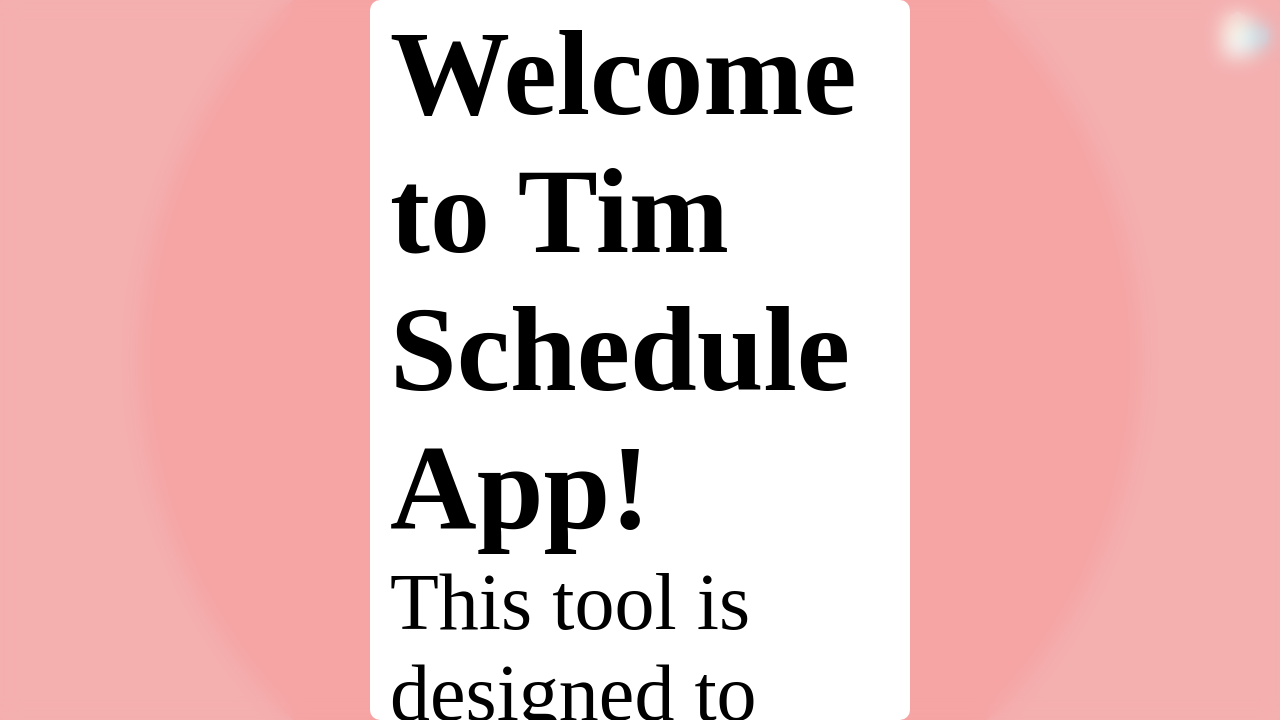
Repository: Sukhvir-Grewal/tim-schadule-app
Page: node_version/public/index.html
The author's editor kept a copy of each file at every save. The page is drawn from the files as they stood at one save, then again after the next save.
The browser window is 1280 px wide. The pictures show the whole page.

Above is the page before, as saved 2024-08-15 01:06:02.

### node_version/public/index.html
<!DOCTYPE html>
<html>

<head>
    <title>Tim Schedule App</title>
    <meta charset="utf-8" />
</head>
<link rel="stylesheet" href="style.css?v=1.0.0" />
<link rel="icon" href="/favicon.png" type="image/png">

<body>
    <div class="main-container">
        <div class="backDrop">
            <div class="aboutBox">
                <h2 style="display: grid; place-content:center">Welcome to Tim Schedule App!</h2>
                <p>This tool is designed to simplify scheduling for only employees at <b>Tim Hortons locations</b> by integrating with Google Calendar and Gmail. With just one click, you can fetch and manage your calendar events directly from your schedule emails. To learn more about how the app works, visit our <a href="/about">About</a> page. After reviewing the details, simply authorize with the button below to start using the app.</p>
            </div>
        </div>
        <a href="./privacy-policy.html">
            <img src="./privay.png" class="privacy" alt="">
        </a>
        <img src="./timlogo.svg" class="logo" alt="">
        <div class="circle-1">
            <div class="circle-2">
                <div class="circle-3">
                    <div class="circle-4">
                        <button id="authorize_button" onclick="handleAuthClick()">
                            Authorize
                        </button>
                        <div class="after_authorize">
                            Done
                            <svg class="tick" xmlns="http://www.w3.org/2000/svg" viewBox="0 0 24 24" width="24"
                                height="24">
                                <path fill="none" d="M0 0h24v24H0z" />
                                <path fill="currentColor" d="M9 16.2l-3.5-3.5 1.41-1.41L9 13.38l7.09-7.09L17.5 7.5z" />
                            </svg>
                        </div>
                    </div>
                </div>
            </div>
        </div>
    </div>

    <script src="./script.js"></script>
    <script async defer src="https://apis.google.com/js/api.js" onload="gapiLoaded()"></script>
    <script async defer src="https://accounts.google.com/gsi/client" onload="gisLoaded()"></script>
</body>

</html>

### node_version/public/style.css
* {
    padding: 0;
    margin: 0;
    overflow-x: hidden;
    overflow-y: hidden;
}

.main-container {
    height: 100dvh;
    width: 100dvw;
    display: flex;
    justify-content: center;
    align-items: center;
    position: relative;
}

.backDrop {
    z-index: 11;
    height: 100vh;
    width: 100vw;
    display: grid;
    place-content: center;
    backdrop-filter: blur(10px);
    -webkit-backdrop-filter: blur(10px);
    background-color: rgba(255, 255, 255, 0.5);
}


.aboutBox{
    background-color: white;
    border-radius: 10px;
    min-height: 600px;
    width: 90vw;
    padding: 5px 20px;
    animation: fadeIn 4s ease;
    font-size: 80px;
}

.logo {
    position: absolute;
    top: 0;
    height: 450px;
    display: none;
    pointer-events: none;
    z-index: 10;
}

.privacy {
    width: 50px;
    height: 50px;
    position: absolute;
    top: 10px;
    right: 10px;
    cursor: pointer;
    z-index: 10;
    display: none;
}

.tick {
    color: green;
    width: 80px;
    height: 80px;
}

.slideUp {
    display: block;
    animation: slideUp 1s forwards;
}

.fadeIn {
    display: block;
    animation: fadeIn 2s ease;
}

.circle-1,
.circle-2,
.circle-3,
.circle-4 {
    border-radius: 50%;
    display: flex;
    justify-content: center;
    align-items: center;
    position: absolute;
}

.circle-1 {
    background-color: rgb(228, 129, 129);
    animation: expandCircle1 1s ease forwards;
    animation-delay: 0s;
}

.circle-2 {
    background-color: rgb(233, 94, 94);
    animation: expandCircle2 1s ease forwards;
    animation-delay: 0.3s;
}

.circle-3 {
    background-color: rgb(236, 72, 72);
    animation: expandCircle3 1s ease forwards;
    animation-delay: 0.8s;
}

.circle-4 {
    background-color: rgb(233, 58, 58);
    animation: expandCircle4 1s ease forwards;
    animation-delay: 1.2s;
    font-size: 5rem;
    border: 1px solid white;
}

#authorize_button {
    display: none;
    background-color: transparent;
    border: none;
    font-size: xx-large;
    color: white;
    font-weight: bolder;
    cursor: pointer;
}

#authorize_button.show {
    display: block;
}

.after_authorize {
    display: none;
    justify-content: center;
    align-items: center;
    font-size: 4rem;
    font-weight: bolder;
    color: white;
}


@keyframes expandCircle1 {
    0% {
        width: 0;
        height: 0;
    }

    100% {
        width: 2000px;
        height: 2000px;
    }
}

@keyframes expandCircle2 {
    0% {
        width: 0;
        height: 0;
    }

    100% {
        width: 1500px;
        height: 1500px;
    }
}

@keyframes expandCircle3 {
    0% {
        width: 0;
        height: 0;
    }

    100% {
        width: 1000px;
        height: 1000px;
    }
}

@keyframes expandCircle4 {
    0% {
        width: 0;
        height: 0;
    }

    100% {
        width: 500px;
        height: 500px;
    }
}

@keyframes slideUp {
    0% {
        opacity: 0;
        transform: translateY(50px);
    }

    100% {
        opacity: 1;
        transform: translateY(0);
    }
}

@keyframes fadeIn {
    0% {
        opacity: 0;
    }

    100% {
        opacity: 1;
    }
}

/* Just for the laptop stuff*/
@media (min-width: 1000px) {
    .logo {
        top: 100px;
        height: 250px;
    }
    .aboutBox{
        min-height: 200px;
    width: 500px;
    }
}

### node_version/public/script.js
let CLIENT_ID
let API_KEY

const DISCOVERY_DOCS = [
    "https://www.googleapis.com/discovery/v1/apis/calendar/v3/rest",
    "https://www.googleapis.com/discovery/v1/apis/gmail/v1/rest",
];

const SCOPES = [
    "https://www.googleapis.com/auth/calendar.events",
    "https://www.googleapis.com/auth/gmail.readonly",
];

let tokenClient;
let gapiInited = false;
let gisInited = false;
let startDate = "";
let endDate = "";

document.getElementById("authorize_button").style.visibility = "hidden";


/*
 * This code Servers the purpose of getting both Env variables
 * including initializing the client Token
*/
async function fetchEnvVariables() {
    try {
        const response = await fetch('/env');
        const env = await response.json();
        CLIENT_ID = env.clientId;
        API_KEY = env.apiKey;

        tokenClient = google.accounts.oauth2.initTokenClient({
            client_id: CLIENT_ID,
            scope: SCOPES.join(" "),
            callback: "", // defined later
        });

        // Check for stored token
        const storedToken = localStorage.getItem("gapi_token")
        if (storedToken) {
            gapi.client.setToken(JSON.stringify(storedToken))
        }

        gisInited = true;
        maybeEnableButtons();
    } catch (error) {
        console.error("Error fetching environment variables:", error);
    }
}

/*
 * Next 4 functions will from Official Quickstart
 *     > https://developers.google.com/calendar/api/quickstart/js
 *     > https://developers.google.com/gmail/api/quickstart/js
 * NOTE: Code had been altered accordingly like use of localStorage for ease in login,
 * including document manipulation
*/
function gapiLoaded() {
    gapi.load("client", initializeGapiClient);
}

async function initializeGapiClient() {
    await gapi.client.init({
        apiKey: API_KEY,
        discoveryDocs: DISCOVERY_DOCS,
    });
    gapiInited = true;
    maybeEnableButtons();
}

function gisLoaded() {
    fetchEnvVariables()
}

function maybeEnableButtons() {
    if (gapiInited && gisInited) {
        document.getElementById("authorize_button").style.visibility = "visible";
    }
}

function handleAuthClick() {
    tokenClient.callback = async (resp) => {
        if (resp.error !== undefined) {
            console.error("Error during authorization:", resp);
            return;
        }

        // save the token to locakstorage
        const token = gapi.client.getToken()
        if (token) {
            localStorage.setItem("gapi_token", JSON.stringify(token))
        }

        document.getElementById("authorize_button").style.display = "none";
        document.querySelector(".after_authorize").style.display = "flex";

        await getRecentEmailFromSender();
    };

    if (gapi.client.getToken() === null) {
        tokenClient.requestAccessToken({ prompt: "consent" });
    } else {
        tokenClient.requestAccessToken({ prompt: "" });
    }
}

// NOTE: Custom functions starts from here

async function addEvent(event) {
    try {
        const response = await gapi.client.calendar.events.insert({
            calendarId: "primary",
            resource: event,
        });
        // console.log("Event created: ", response.result.htmlLink);
    } catch (err) {
        console.error("Error contacting the Calendar service: ", err.message);
    }
}

/*
 * Checks if the Event already exists in the place,
 * in case someone tries to push the event again
*/
async function checkDuplicateEvent(newEvent) {
    const calendar = gapi.client.calendar;

    try {
        // List events within the time range of the new event
        const response = await calendar.events.list({
            calendarId: "primary",
            timeMin: newEvent.start.dateTime,
            timeMax: newEvent.end.dateTime,
            singleEvents: true,
            orderBy: "startTime",
        });

        const events = response.result.items;

        if (events.length > 0) {
            // Check if any event matches the new event's details
            const duplicateEvent = events.find((event) => {

                const startTimeMatches =
                    Math.abs(
                        new Date(event.start.dateTime) -
                        new Date(newEvent.start.dateTime)
                    ) < 60000; // 1 minute tolerance
                const endTimeMatches =
                    Math.abs(
                        new Date(event.end.dateTime) -
                        new Date(newEvent.end.dateTime)
                    ) < 60000;

                // Compare other details
                return (
                    event.summary === newEvent.summary &&
                    startTimeMatches &&
                    endTimeMatches &&
                    event.location === newEvent.location
                );
            });

            if (duplicateEvent) {
                console.log("Duplicate event found. Event not added.");
                return;
            }
        }

        // Everything looks good, send the sucker^^
        await addEvent(newEvent);
        console.log("Event added successfully.");
    } catch (error) {
        console.error("Error checking or adding event:", error.message);
    }
}

/*
 * NOTE: Following logic is only for specific sender since i need to Extract
 * the schedule from the email, The code can be changed easily if the received email
 * have different format of schedule
 *
 * This code extract emails from noreply@clearviewconnect.com (my workplace schedule sender)
 * and gets the top email and extract the only lines starting from months and push line by line
 * in next function to get date and time separated
*/
async function getRecentEmailFromSender() {
    try {
        // List messages from the specified sender
        const res = await gapi.client.gmail.users.messages.list({
            userId: "me",
            q: `from:noreply@clearviewconnect.com`,
            maxResults: 1,
            orderBy: "date",
        });

        const messages = res.result.messages;
        if (!messages || messages.length === 0) {
            console.log("No message found");
            return;
        }

        // Get the most recent message
        const messageId = messages[0].id;
        const messageRes = await gapi.client.gmail.users.messages.get({
            userId: "me",
            id: messageId,
        });

        // NOTE: Learned new thing ^^
        const emailData = messageRes.result;
        const encodedBody = emailData.payload.parts
            ? emailData.payload.parts[0].body.data
            : emailData.payload.body.data;

        // Decode the body
        const decodedBody = atob(
            encodedBody.replace(/-/g, "+").replace(/_/g, "/")
        );

        // Extract the schedule details
        const scheduleLines = decodedBody
            .split("\n")
            .filter((line) =>
                line.match(
                    /^(Jan|Feb|Mar|Apr|May|Jun|Jul|Aug|Sep|Oct|Nov|Dec)\s+\d{2}:/
                )
            );

        if (scheduleLines.length === 0) {
            console.log("No schedule lines found.");
            return;
        }

        // Parse the schedule lines and add events
        for (const line of scheduleLines) {
            try {
                const event = parseScheduleLine(line);
                if (event) {
                    await checkDuplicateEvent(event);
                }
            } catch (error) {
                console.error("Error parsing or adding event:", error.message);
            }

            // NOTE: For Further Development

            // endDate = line.split(":")[0].trim();
        }
        /*
            startDate = scheduleLines[0].split(":")[0].trim();
            document.getElementById(
            "content"
            ).innerHTML += `Schedule from ${startDate} to ${endDate} has been Posted on calender`;
        */
    } catch (error) {
        console.error("Error fetching email:", error.message);
    }
}

function parseScheduleLine(line) {
    try {
        // Check for "Not Scheduled" and skip such lines
        // NOTE: String can be changed based on how your day off is mentioned in schedule
        if (line.includes("Not Scheduled")) {
            console.log(`Skipping non-scheduled day`);
            return null;
        }

        // Extract date part and time details
        const [datePart, rest] = line.split(/:\s+/);
        const timeAndDetails = rest.trim();

        // Handle specific cases based on structure
        // NOTE: Learned new thing ^^
        const [timeRange] = timeAndDetails.split(/\s*,\s*/);
        const [startTime, endTime] = timeRange
            .split(" - ")
            .map((time) => time.trim());

        // Extract month and day
        const [month, day] = datePart.split(/\s+/);
        const year = new Date().getFullYear();
        const date = new Date(`${month} ${day}, ${year}`);

        const startDateTime = new Date(date);
        const endDateTime = new Date(date);

        const [startHours, startMinutes] = convertTo24Hour(startTime);
        const [endHours, endMinutes] = convertTo24Hour(endTime);

        startDateTime.setHours(startHours, startMinutes);
        endDateTime.setHours(endHours, endMinutes);

        return {
            summary: `Tim~Shift`,
            start: {
                dateTime: startDateTime.toISOString(),
                timeZone: "America/Halifax",
            },
            end: {
                dateTime: endDateTime.toISOString(),
                timeZone: "America/Halifax",
            },
            colorId: "5", // Customizable based on interest
        };
    } catch (error) {
        console.error("Error parsing schedule line:", error.message);
        throw new Error("Invalid schedule line format");
    }
}

// Don't need to explain this one ^^
function convertTo24Hour(time) {
    if (!time) {
        throw new Error("Invalid time format");
    }

    const match = time.match(/(\d{1,2}):(\d{2})(AM|PM)/i);

    if (!match) {
        throw new Error("Time format does not match");
    }

    let [hours, minutes, meridian] = match.slice(1);
    hours = parseInt(hours, 10);
    minutes = parseInt(minutes, 10);

    if (meridian.toUpperCase() === "PM" && hours < 12) hours += 12;
    if (meridian.toUpperCase() === "AM" && hours === 12) hours = 0;

    return [hours, minutes];
}

// Animation stuff
setTimeout(function() {
    document?.getElementById("authorize_button").classList.add("show");
    document.querySelector(".logo").classList.add("slideUp");
    document.querySelector(".privacy").classList.add("fadeIn");
}, 2000);


document.querySelector(".backDrop").addEventListener('click', ()=>{
    document.querySelector(".backDrop").style.display = "none"
})

After the next save:
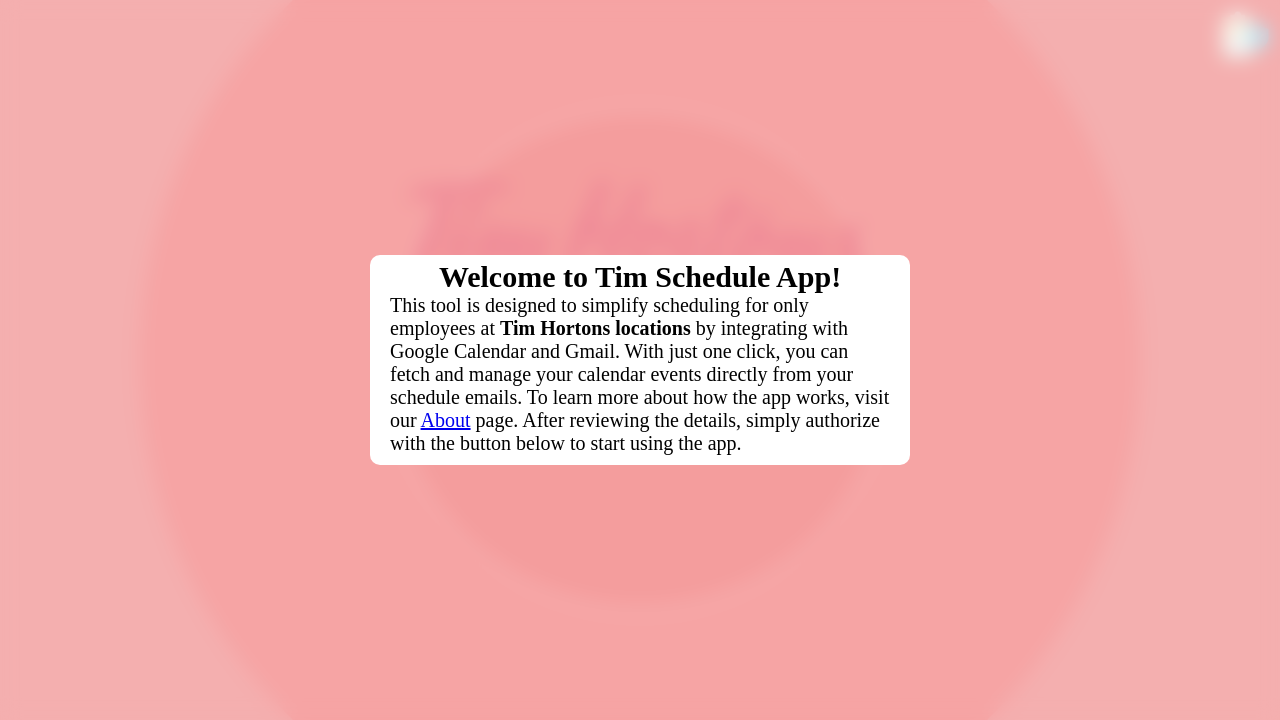
Saved 6 s later.
--- a/node_version/public/style.css
+++ b/node_version/public/style.css
@@ -33,7 +33,7 @@
     width: 90vw;
     padding: 5px 20px;
     animation: fadeIn 4s ease;
-    font-size: 80px;
+    font-size: 20px;
 }
 
 .logo {
